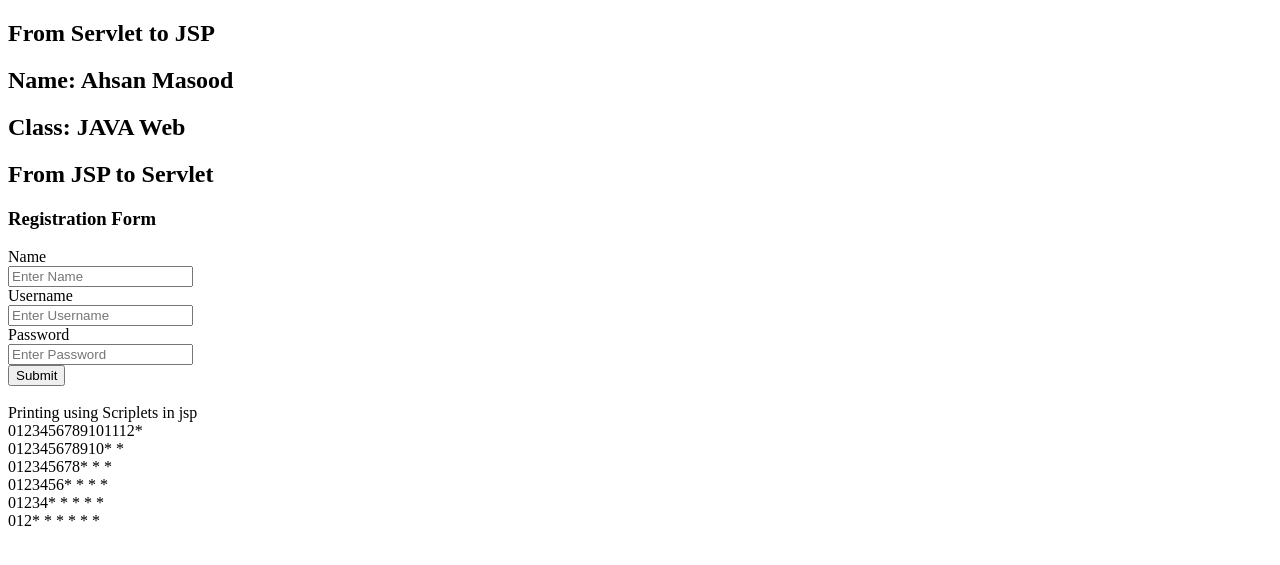
Repository: Ahsan-Masood98/Java-Web-Eng
Page: http://localhost/week2lab/helloworld
These files come from the project's save history. The page is drawn as it stood at one moment and after the next save; the edit follows.
The browser window is 1280 px wide. The pictures show the whole page.
The page is served by Tomcat 9.

Above is the page before, as saved 2022-09-21 13:55:15.

After the next save:
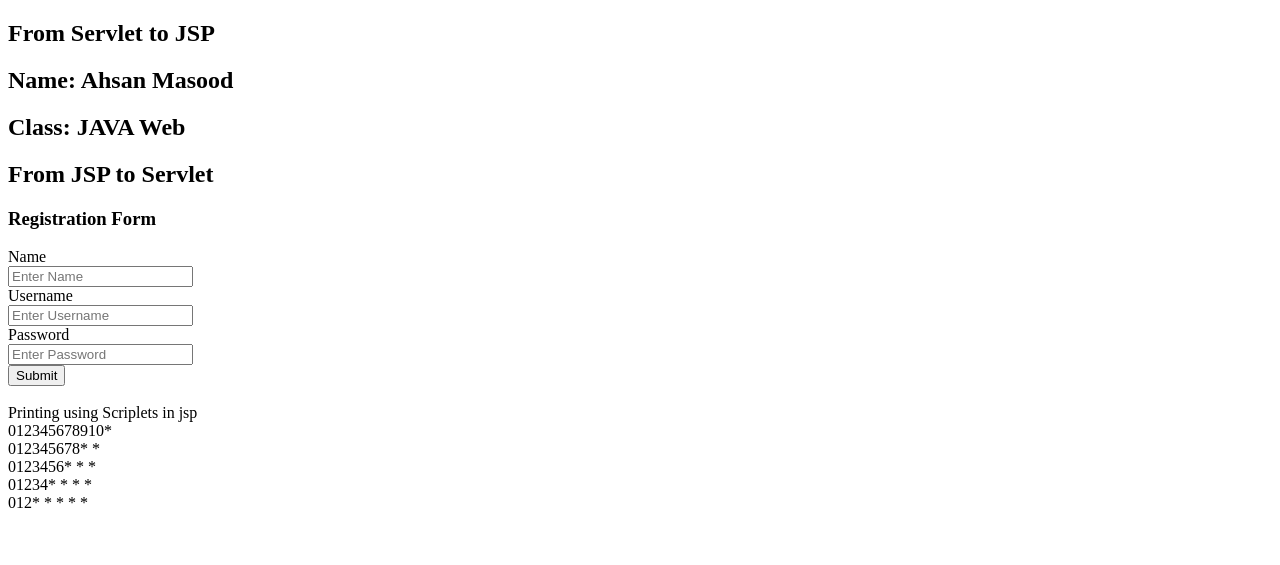
Saved 45 s later.
--- a/eclipse-workplace/week2lab/src/main/webapp/index.jsp
+++ b/eclipse-workplace/week2lab/src/main/webapp/index.jsp
@@ -24,7 +24,7 @@
 	<% out.print("Printing using Scriplets in jsp"); %>
 	<br>
 	<%
-		int i,j, row=6;
+		int i,j, row=5;
 		for(i=0; i< row; i++){
 			int k=0;
 			for (j = 2*(row - i); j >= 0; j--)
